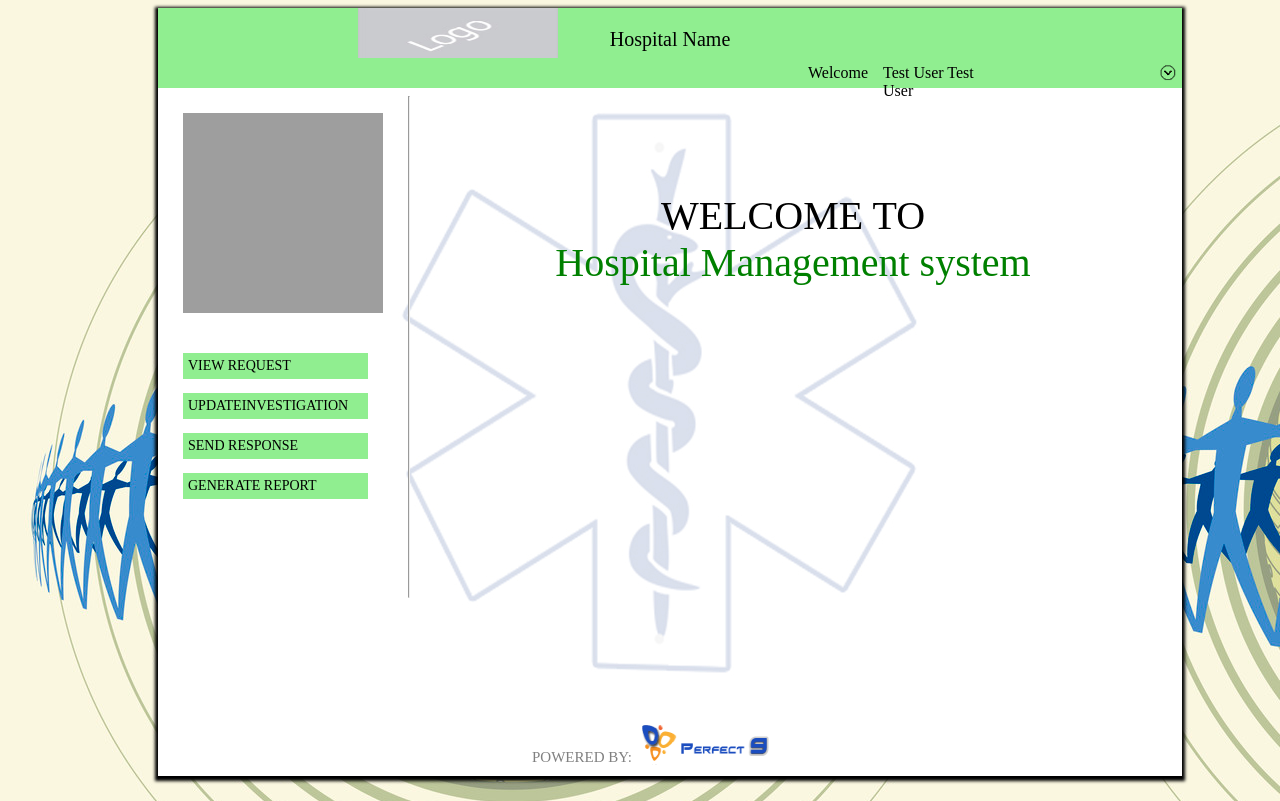
Repository: sabyasachimishra/PPH
Page: http://localhost/PaperlessHospitalService/userLoggedradiologist.jsp
These files come from the project's save history. The page is drawn as it stood at one moment and after the next save; the edit follows.
The browser window is 1280 px wide. The pictures show the whole page.
Pictures or frames that could not be fetched are drawn as grey boxes. The page is served by Tomcat 9. The session is filled in as if someone had signed in: {"currentSessionUserfname": "Test User", "currentSessionUserlname": "Test User", "currentSessionUserTypeId": 1, "currentSessionUserId": 1}.

Above is the page before, as saved 2012-04-03 06:06:55.

After the next save:
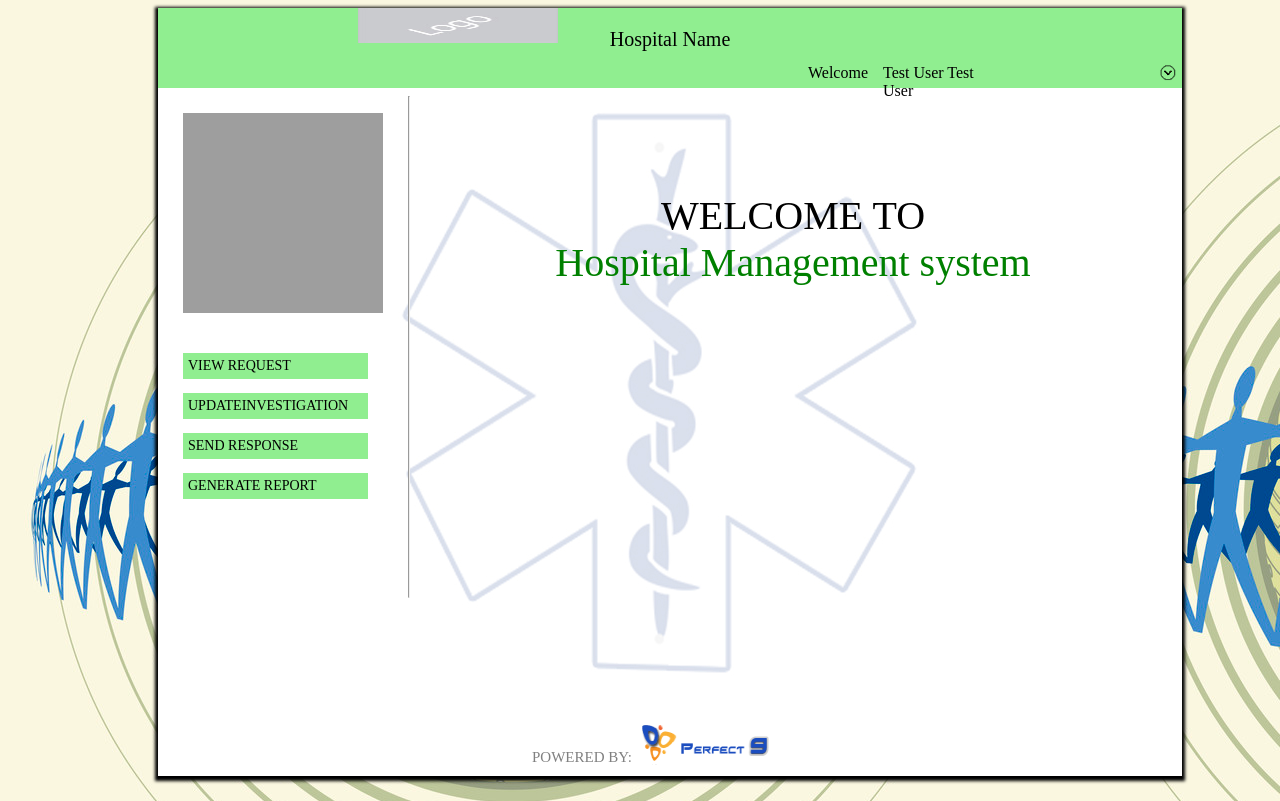
Saved 2 min 56 s later.
--- a/PaperlessHospitalService/WebContent/userLoggedradiologist.jsp
+++ b/PaperlessHospitalService/WebContent/userLoggedradiologist.jsp
@@ -24,7 +24,7 @@ height: 30px;background-color : lightgreen;}
 #username:hover
 {background-color:green;}
 #hospitalname{ font-size:20px;}
-#hospitallogo{ position : absolute;width:200px; height:55px;left:200px;top:0px;}
+#hospitallogo{ position : absolute;width:200px; height:35px;left:200px;top:0px;}
 #arw{ position : absolute; right : 0px;top : 0px;height : 30px;}
 #arw:hover
 {background-color:green;}
